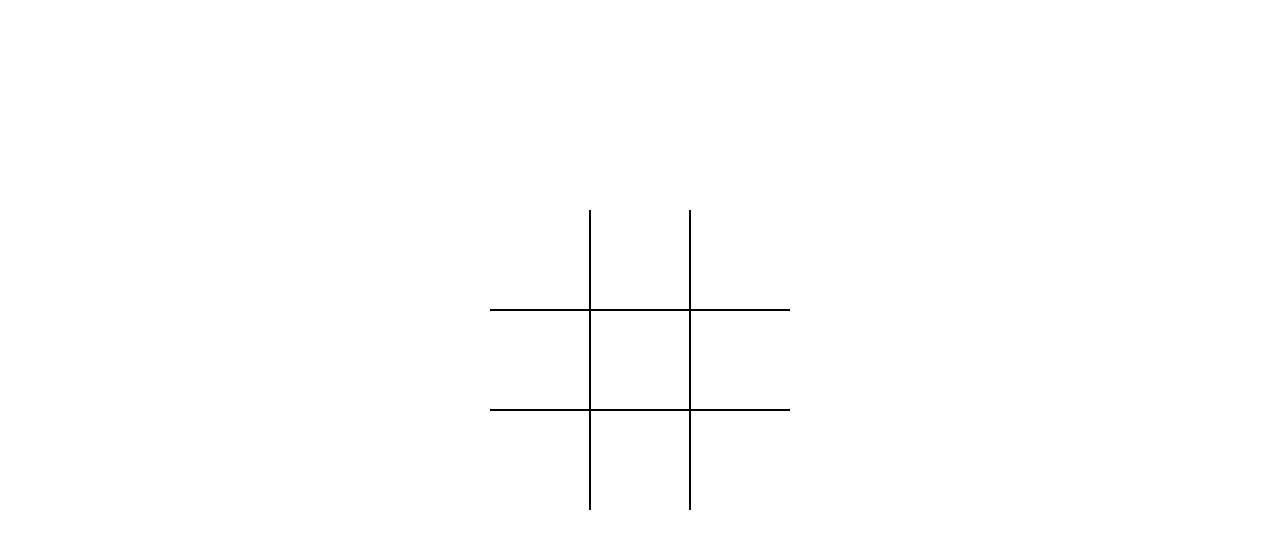
Repository: kate30980/pratice-tictactoe
Page: index.html
These files come from the project's save history. The page is drawn as it stood at one moment and after the next save; the edit follows.
The browser window is 1280 px wide. The pictures show the whole page.
After loading, the first visible `div.cell` was clicked once.

Above is the page before, as saved 2021-08-05 22:46:32.
Console error: ReferenceError: placeMark is not defined

### index.html
<!DOCTYPE html>
<html lang="en">
<head>
    <meta charset="UTF-8">
    <meta http-equiv="X-UA-Compatible" content="IE=edge">
    <meta name="viewport" content="width=device-width, initial-scale=1.0">
    <link rel="stylesheet" href="styles.css">
    <script src="script.js" defer></script>
    <title>Tic Tac Toe</title>
</head>
<body>
    <div class="board" id="board">
        <div class="cell" data-cell></div>
        <div class="cell" data-cell></div>
        <div class="cell" data-cell></div>
        <div class="cell" data-cell></div>
        <div class="cell" data-cell></div>
        <div class="cell" data-cell></div>
        <div class="cell" data-cell></div>
        <div class="cell" data-cell></div>
        <div class="cell" data-cell></div>
    </div>
    <div class="winning-message">
        <div data-wining-message-text></div>
        <button id="restartButton">Restart</button>
    </div>
</body>
</html>

### styles.css
*,
*::after,
*::before {
  box-sizing: border-box;
}
:root {
  --cell-size: 100px;
  --mark-size: calc(var(--cell-size) * 0.9);
  /* do this because we want this mark size to be 90% of the cell size */
}
body {
  margin: 0;
}
.board {
  width: 100vw;
  height: 100vh;
  display: grid;
  justify-content: center;
  align-content: center;
  justify-items: center;
  align-items: center;
  grid-template-columns: repeat(3, auto);
}
.cell {
  width: var(--cell-size);
  height: var(--cell-size);
  border: 1px solid black;
  display: flex;
  justify-content: center;
  align-items: center;
  position: relative;
  cursor: pointer;
}
.cell:first-child,
.cell:nth-child(2),
.cell:nth-child(3) {
  border-top: none;
}

.cell:nth-child(3n + 1) {
  border-left: none;
}
.cell:nth-child(3n + 3) {
  border-right: none;
}
.cell:last-child,
.cell:nth-child(8),
.cell:nth-child(7) {
  border-bottom: none;
}
.cell.x,
.cell.circle {
  cursor: not-allowed;
}

.cell.x::before,
.cell.x::after,
.cell.circle::before {
  background-color: black;
}

.board.x .cell:not(.x):not(.circle):hover::before,
.board.x .cell:not(.x):not(.circle):hover::after,
.board.circle .cell:not(.x):not(.circle):hover::before {
  background-color: lightgrey;
}

.cell.x::before,
.cell.x::after,
.board.x .cell:not(.x):not(.circle):hover::before,
.board.x .cell:not(.x):not(.circle):hover::after {
  content: "";
  position: absolute;
  width: calc(var(--mark-size) * 0.15);
  height: var(--mark-size);
  /* background-color: black; */
}
.cell.x::before,
.board.x .cell:not(.x):not(.circle):hover::before {
  transform: rotate(45deg);
}
.cell.x::after,
.board.x .cell:not(.x):not(.circle):hover::after {
  transform: rotate(-45deg);
}

.cell.circle::before,
.cell.circle::after,
.board.circle .cell:not(.x):not(.circle):hover::before,
.board.circle .cell:not(.x):not(.circle):hover::after {
  content: "";
  position: absolute;
  border-radius: 50%;
}
.cell.circle::before,
.board.circle .cell:not(.x):not(.circle):hover::before {
  width: var(--mark-size);
  height: var(--mark-size);
  /* background-color: black; */
}
.cell.circle::after,
.board.circle .cell:not(.x):not(.circle):hover::after {
  width: calc(var(--mark-size) * 0.7);
  height: calc(var(--mark-size) * 0.7);
  background-color: white;
}

.winning-message {
  display: none;
  position: fixed;
  top: 0;
  left: 0;
  right: 0;
  bottom: 0;
  background-color: rgba(0, 0, 0, 0.9);
  justify-content: center;
  align-items: center;
  color: white;
  font-size: 5rem;
  flex-direction: column;
}
.winning-message button {
  font-size: 3rem;
  background-color: white;
  border: 1px solid black;
  padding: 0.25em 0.5em;
  cursor: pointer;
}
.winning-message button:hover {
  background-color: black;
  color: white;
  border-color: white;
}
.winning-message.show {
  display: flex;
}

### script.js
const X_CLASS = "x";
const CIRCLE_CLASS = "circle";
const cellElements = document.querySelectorAll("[data-cell]");
let circleTurn;

cellElements.forEach((cell) => {
  cell.addEventListener("click", handleClick, { once: true });
});
function handleClick(e) {
  const cell = e.target;
  const currentClass = circleTurn ? CIRCLE_CLASS : X_CLASS;
  placeMark(cell, currentClass);
  // placeMark
  //Check for Win
  //Check for Draw
  //Swith Turns
}

After the next save:
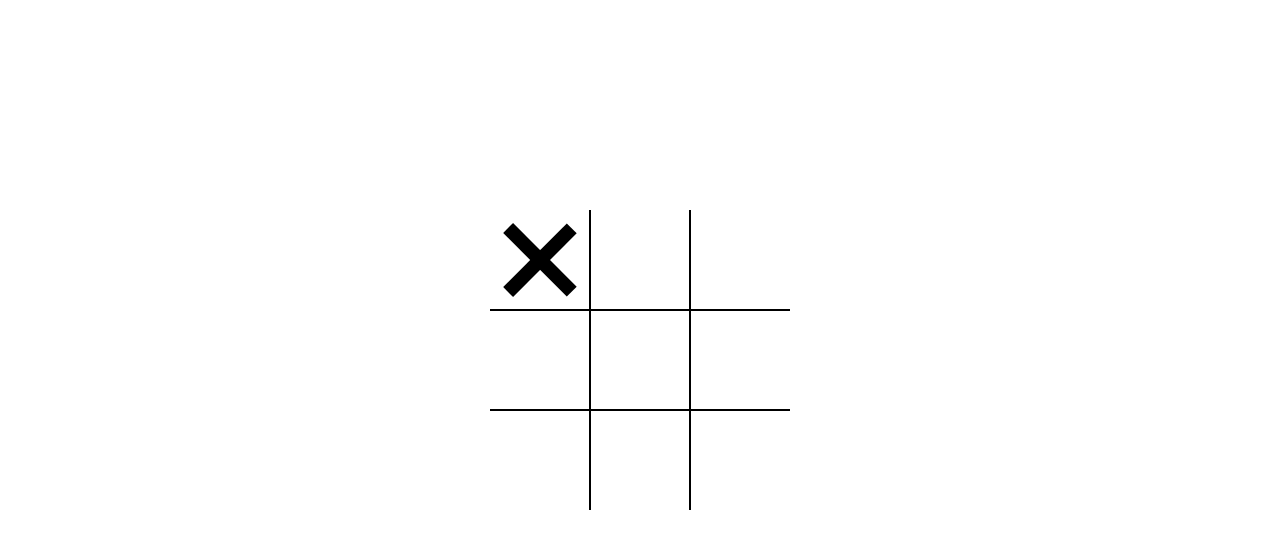
The error is gone.
Saved 12 s later.
--- a/script.js
+++ b/script.js
@@ -15,3 +15,6 @@ function handleClick(e) {
   //Check for Draw
   //Swith Turns
 }
+function placeMark(cell, currentClass) {
+  cell.classList.add(currentClass);
+}
